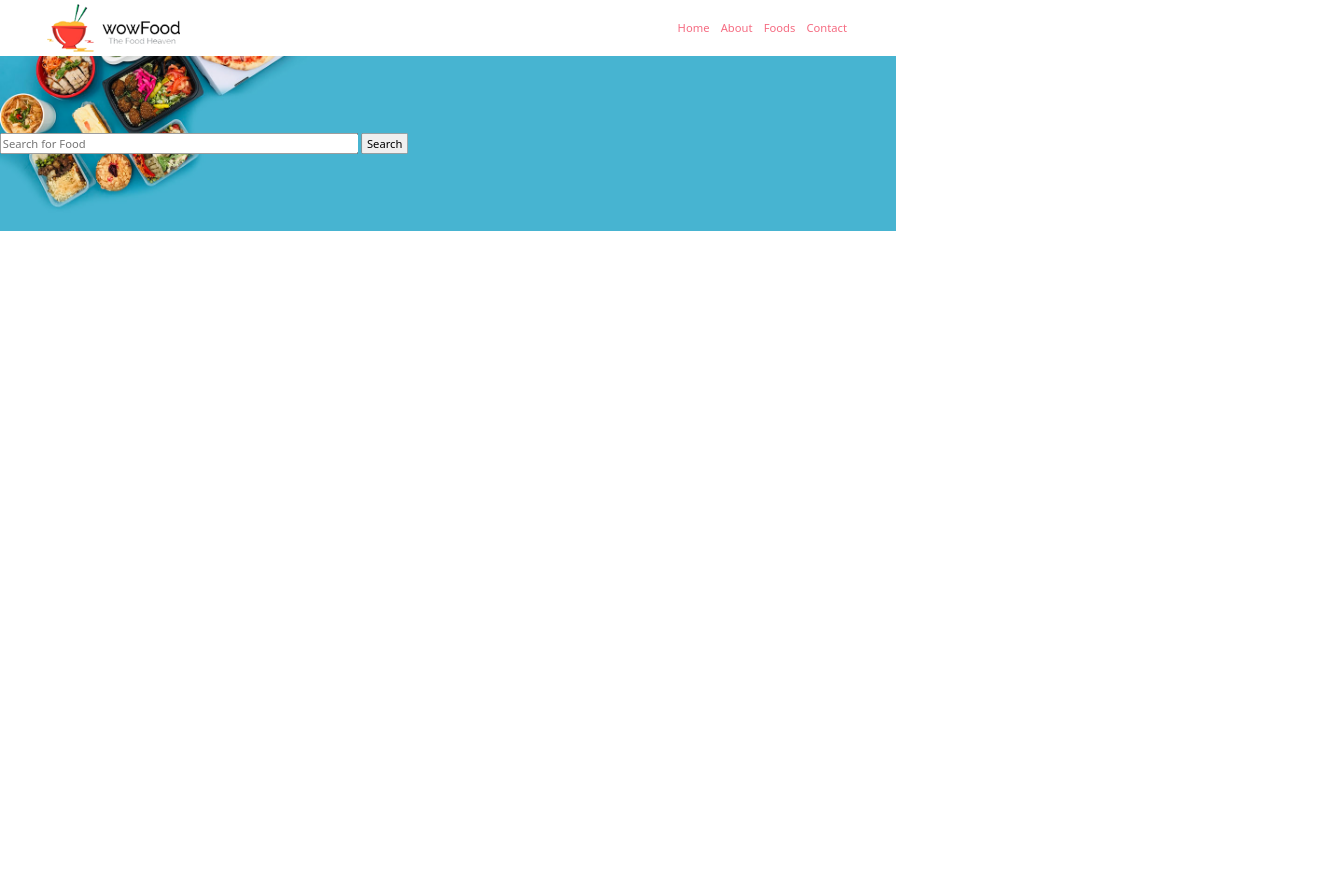
Repository: ruaruababa/RestaurantBS5
Page: html/index.html
The author's editor kept a copy of each file at every save. The page is drawn from the files as they stood at one save, then again after the next save.
The browser window is 1280 px wide. The page is 1280 px wide, then 1920 px, so the pictures cover 1920 px, including what lies to the right of the window. The pictures show the part of the page from y = 0 to 1280 px (the page is 3000 px tall), at 70% of full size.

Above is the page before, as saved 2021-09-25 16:57:09.

### html/index.html
<!DOCTYPE html>
<html lang="en">

<head>
    <meta charset="UTF-8" />
    <meta http-equiv="X-UA-Compatible" content="IE=edge" />
    <meta name="viewport" content="width=device-width, initial-scale=1.0" />
    <title>Document</title>
    <link href="https://cdn.jsdelivr.net/npm/bootstrap@5.1.1/dist/css/bootstrap.min.css" rel="stylesheet"
        integrity="sha384-F3w7mX95PdgyTmZZMECAngseQB83DfGTowi0iMjiWaeVhAn4FJkqJByhZMI3AhiU" crossorigin="anonymous" />
    <link rel="stylesheet" href="https://cdn.jsdelivr.net/npm/bootstrap-icons@1.5.0/font/bootstrap-icons.css" />
    <link rel="stylesheet" href="/css/style.css">
</head>

<body>
        <nav class="navbar navbar-expand-lg navbar-light bg-light nav-fixed">
            <div class="container-fluid ">
                <a class="navbar-brand" href="#">
                    <img src="/img/logo.png" alt="">
                </a>
                <button class="navbar-toggler" type="button" data-bs-toggle="collapse"
                    data-bs-target="#navbarSupportedContent" aria-controls="navbarSupportedContent"
                    aria-expanded="false" aria-label="Toggle navigation">
                    <span class="navbar-toggler-icon"></span>
                </button>
                <div class="collapse navbar-collapse" id="navbarSupportedContent">
                    <ul class="navbar-nav ">
                        <li class="nav-item">
                            <a class="nav-link active nav-link-fixed" aria-current="page" href="#">Home</a>
                        </li>
                        <li class="nav-item">
                            <a class="nav-link active nav-link-fixed" aria-current="page" href="#">About</a>
                        </li>
                        <li class="nav-item">
                            <a class="nav-link active nav-link-fixed" aria-current="page" href="#">Foods</a>
                        </li>
                        <li class="nav-item">
                            <a class="nav-link active nav-link-fixed" aria-current="page" href="#">Contact</a>
                        </li>
                    </ul>
                </div>
            </div>
        </nav>

        <!-- End navbar -->

        <section>
            <div class="container-section" style=" position: relative; top: 80px;">
                <img src="/img/bg.jpg" class="img-fluid" alt="Responsive image" style="height:250px; width:100%; object-fit: cover;">
                <form action="" class="form-search" style="width: 100%; position: absolute; left: 50%; top: 50%; transform: translate(-50%, -50%);">
                    <input type="text" placeholder="Search for Food" style="width:40%">
                    <input type="button" value="Search">
                </form>
            </div>
        </section>

    <script src="https://cdn.jsdelivr.net/npm/bootstrap@5.1.1/dist/js/bootstrap.bundle.min.js"
        integrity="sha384-/bQdsTh/da6pkI1MST/rWKFNjaCP5gBSY4sEBT38Q/9RBh9AH40zEOg7Hlq2THRZ" crossorigin="anonymous">
    </script>
</body>

</html>

### css/style.css
body{
    height: 3000px!important;
}
.nav-fixed{
    background-color: white!important;
    padding: 0 50px;
    position: fixed;
    width: 100%;
    z-index: 1;
}
.navbar-collapse{
    justify-content: end;
}
.nav-link-fixed{
    text-align: center;
    color: #f56b81!important;
}

After the next save:
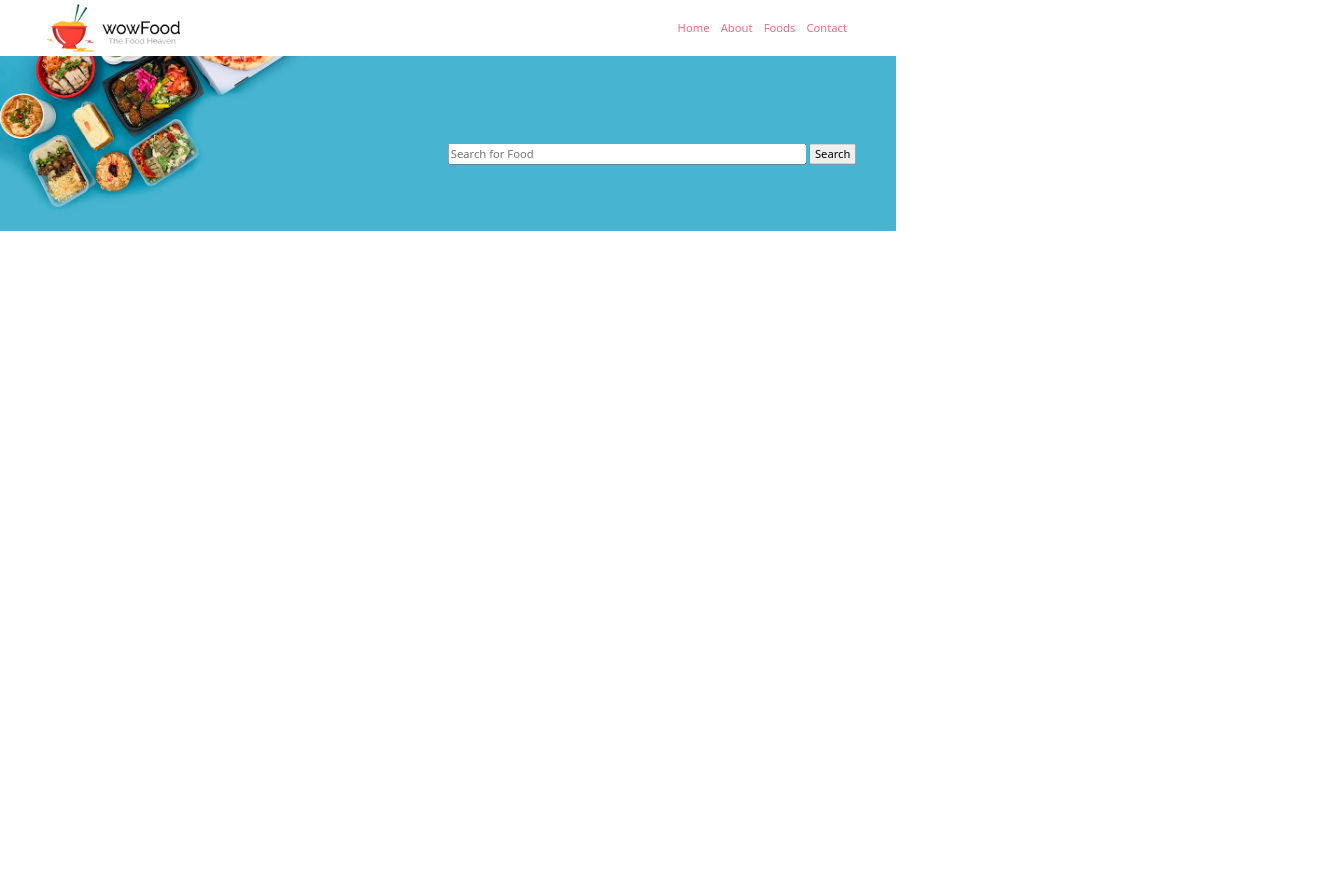
Saved 9 s later.
--- a/html/index.html
+++ b/html/index.html
@@ -47,7 +47,7 @@
         <section>
             <div class="container-section" style=" position: relative; top: 80px;">
                 <img src="/img/bg.jpg" class="img-fluid" alt="Responsive image" style="height:250px; width:100%; object-fit: cover;">
-                <form action="" class="form-search" style="width: 100%; position: absolute; left: 50%; top: 50%; transform: translate(-50%, -50%);">
+                <form action="" class="form-search" style="width: 100%; position: absolute; left: 50%; top: 50%; ">
                     <input type="text" placeholder="Search for Food" style="width:40%">
                     <input type="button" value="Search">
                 </form>
